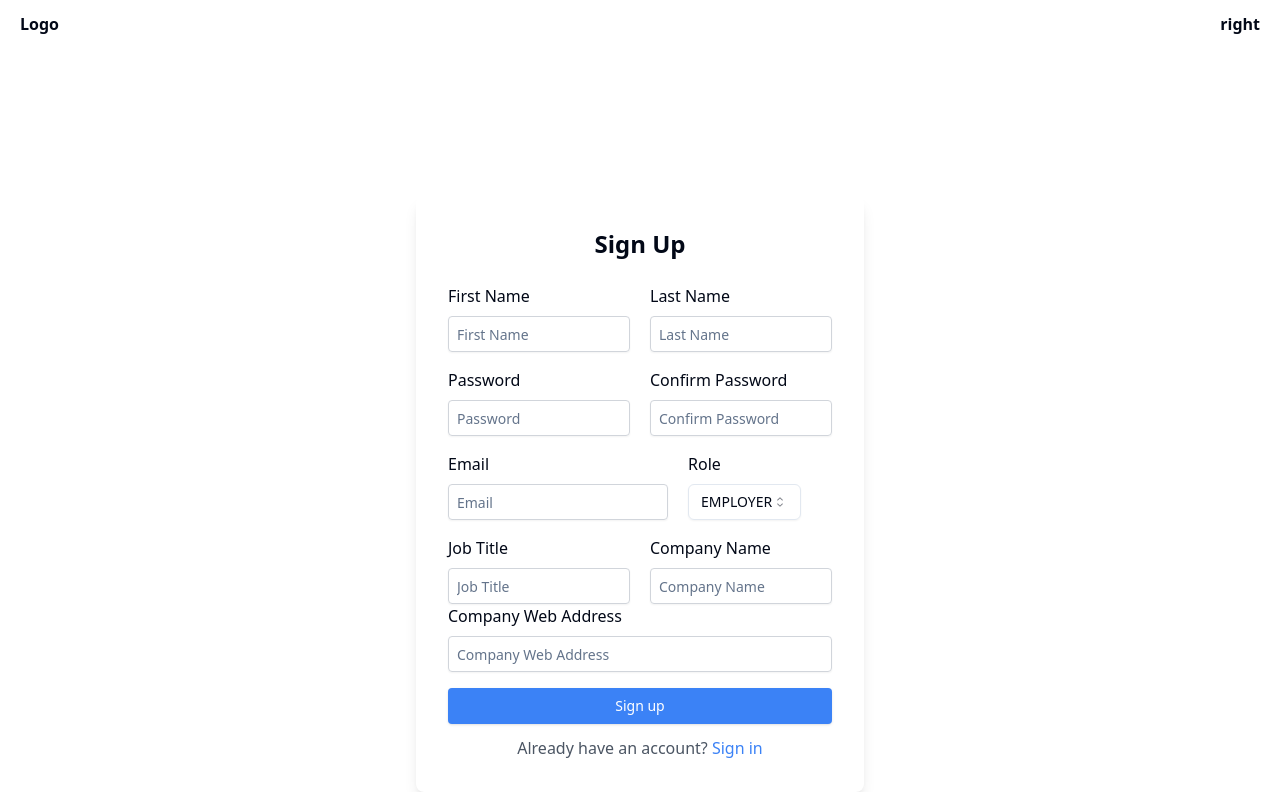
Repository: hisreal123/globalpath_fe
Page: /auth/signup
These files come from the project's save history. The page is drawn as it stood at one moment and after the next save; the edit follows.
The browser window is 1280 px wide. The pictures show the whole page.
The project was rebuilt for these pictures with package versions that can differ from the ones it lists, and the page was loaded fresh each time. Also part of the build but not shown: vite.config.ts, src/components/pages/HomeComponent.tsx, src/pages/Home.tsx, src/pages/Error.tsx, src/pages/About.tsx, src/pages/Blog.tsx, src/pages/Find_jobs.tsx, src/components/Header.tsx and 2 more.

Above is the page before, as saved 2024-10-11 16:55:22.

After the next save:
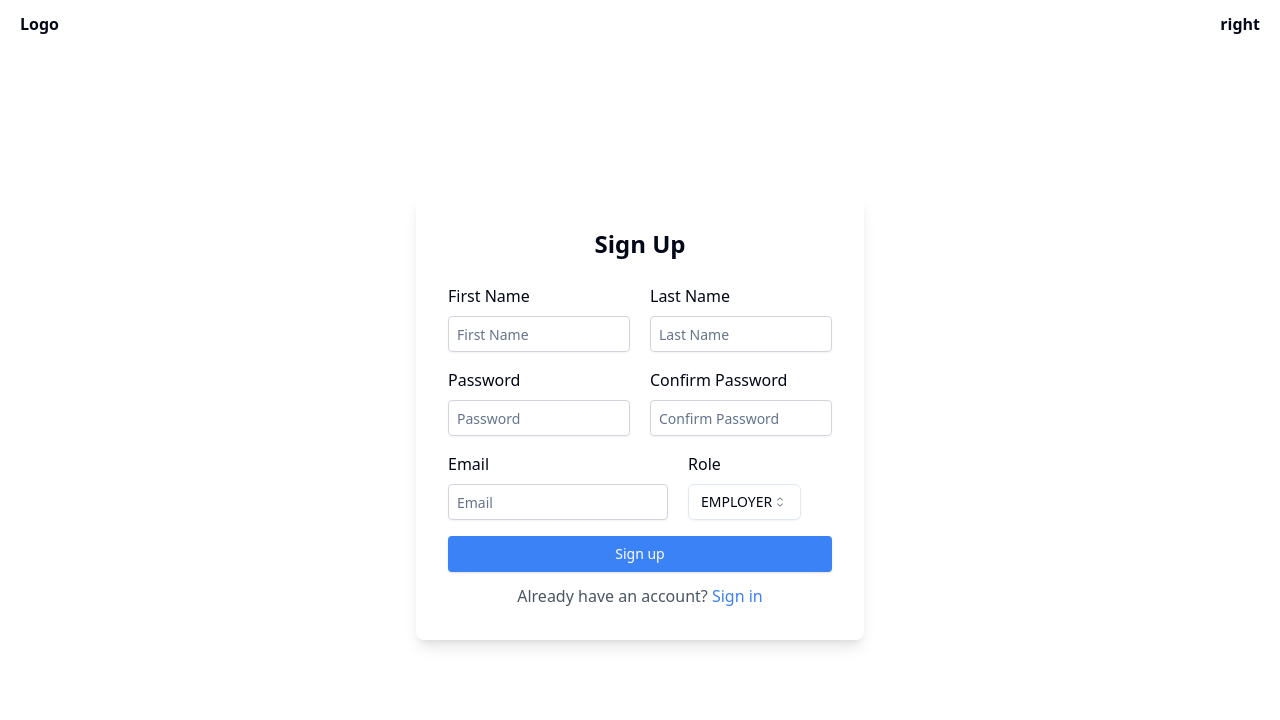
Saved 8 s later.
--- a/src/components/pages/auth/SignupComponent.tsx
+++ b/src/components/pages/auth/SignupComponent.tsx
@@ -195,7 +195,6 @@ const SignupComponent = () => {
 
 
             {isEmployer && (
-          "ddd")}
 
               <div className="profile-section">
 
@@ -259,6 +258,7 @@ const SignupComponent = () => {
               />
 
               </div>
+)}
             {/* Submit Button */}
             <Button
               type="submit"
